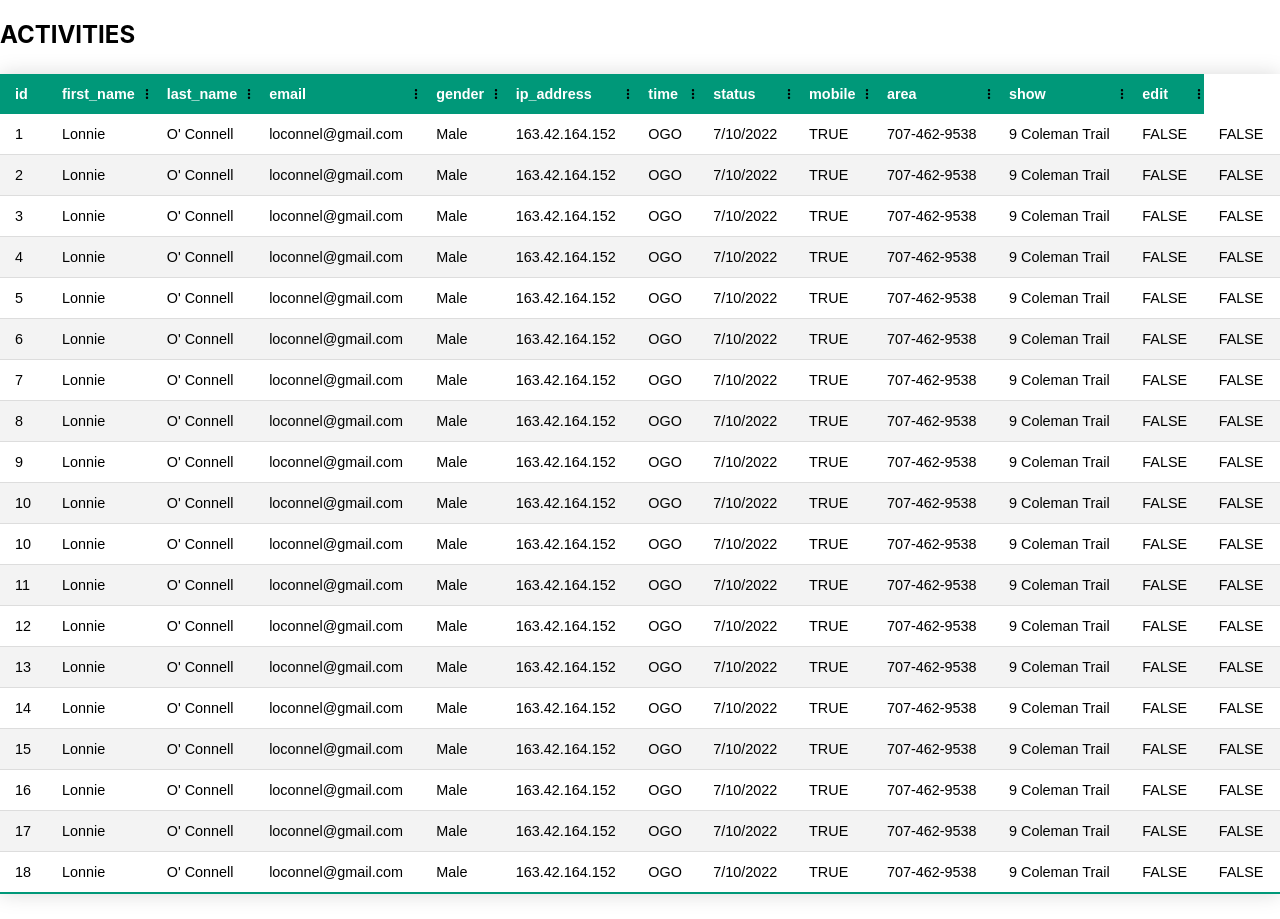
Repository: kartik077-cr7/Ckart
Page: /, after clicking the first element matching `img`
An editor plug-in stored every save of this project. The page is shown before and after a run of saves, followed by the edit.
The browser window is 1280 px wide. The pictures show the whole page.
The project was rebuilt for these pictures with package versions that can differ from the ones it lists, and the page was loaded fresh each time.

Above is the page before, as saved 2022-12-10 17:51:36.

### src/App.js
import Table from "./components/Table";
import './App.css';

const driversData = [
  {
    id: 1,
    first_name: "Lonnie",
		last_name: "O' Connell ",
		email: "loconnel@gmail.com",
		gender: "Male",
		ip_address: "163.42.164.152",
		airport_code:"OGO",
		time:"7/10/2022",
		status:"TRUE",
		mobile:"707-462-9538",
		area: "9 Coleman Trail",
		show: "FALSE",
		edit: "FALSE"
  },
  {
    id: 2,
    first_name: "Lonnie",
		last_name: "O' Connell ",
		email: "loconnel@gmail.com",
		gender: "Male",
		ip_address: "163.42.164.152",
		airport_code:"OGO",
		time:"7/10/2022",
		status:"TRUE",
		mobile:"707-462-9538",
		area: "9 Coleman Trail",
		show: "FALSE",
		edit: "FALSE"
  },
  {
    id: 3,
    first_name: "Lonnie",
		last_name: "O' Connell ",
		email: "loconnel@gmail.com",
		gender: "Male",
		ip_address: "163.42.164.152",
		airport_code:"OGO",
		time:"7/10/2022",
		status:"TRUE",
		mobile:"707-462-9538",
		area: "9 Coleman Trail",
		show: "FALSE",
		edit: "FALSE"
  },
  {
    id: 4,
    first_name: "Lonnie",
		last_name: "O' Connell ",
		email: "loconnel@gmail.com",
		gender: "Male",
		ip_address: "163.42.164.152",
		airport_code:"OGO",
		time:"7/10/2022",
		status:"TRUE",
		mobile:"707-462-9538",
		area: "9 Coleman Trail",
		show: "FALSE",
		edit: "FALSE"
  },
  {
    id: 5,
		first_name: "Lonnie",
		last_name: "O' Connell ",
		email: "loconnel@gmail.com",
		gender: "Male",
		ip_address: "163.42.164.152",
		airport_code:"OGO",
		time:"7/10/2022",
		status:"TRUE",
		mobile:"707-462-9538",
		area: "9 Coleman Trail",
		show: "FALSE",
		edit: "FALSE"
  },
  {
    id: 6,
		first_name: "Lonnie",
		last_name: "O' Connell ",
		email: "loconnel@gmail.com",
		gender: "Male",
		ip_address: "163.42.164.152",
		airport_code:"OGO",
		time:"7/10/2022",
		status:"TRUE",
		mobile:"707-462-9538",
		area: "9 Coleman Trail",
		show: "FALSE",
		edit: "FALSE"
  },
  {
    id: 7,
		first_name: "Lonnie",
		last_name: "O' Connell ",
		email: "loconnel@gmail.com",
		gender: "Male",
		ip_address: "163.42.164.152",
		airport_code:"OGO",
		time:"7/10/2022",
		status:"TRUE",
		mobile:"707-462-9538",
		area: "9 Coleman Trail",
		show: "FALSE",
		edit: "FALSE"
  },
  {
    id: 8,
		first_name: "Lonnie",
		last_name: "O' Connell ",
		email: "loconnel@gmail.com",
		gender: "Male",
		ip_address: "163.42.164.152",
		airport_code:"OGO",
		time:"7/10/2022",
		status:"TRUE",
		mobile:"707-462-9538",
		area: "9 Coleman Trail",
		show: "FALSE",
		edit: "FALSE"
  },
  {
    id: 9,
		first_name: "Lonnie",
		last_name: "O' Connell ",
		email: "loconnel@gmail.com",
		gender: "Male",
		ip_address: "163.42.164.152",
		airport_code:"OGO",
		time:"7/10/2022",
		status:"TRUE",
		mobile:"707-462-9538",
		area: "9 Coleman Trail",
		show: "FALSE",
		edit: "FALSE"
  },
  {
    id: 10,
    first_name: "Lonnie",
		last_name: "O' Connell ",
		email: "loconnel@gmail.com",
		gender: "Male",
		ip_address: "163.42.164.152",
		airport_code:"OGO",
		time:"7/10/2022",
		status:"TRUE",
		mobile:"707-462-9538",
		area: "9 Coleman Trail",
		show: "FALSE",
		edit: "FALSE"
  },
  {
    id: 10,
		first_name: "Lonnie",
		last_name: "O' Connell ",
		email: "loconnel@gmail.com",
		gender: "Male",
		ip_address: "163.42.164.152",
		airport_code:"OGO",
		time:"7/10/2022",
		status:"TRUE",
		mobile:"707-462-9538",
		area: "9 Coleman Trail",
		show: "FALSE",
		edit: "FALSE"

  },
  {
    id: 11,
    first_name: "Lonnie",
		last_name: "O' Connell ",
		email: "loconnel@gmail.com",
		gender: "Male",
		ip_address: "163.42.164.152",
		airport_code:"OGO",
		time:"7/10/2022",
		status:"TRUE",
		mobile:"707-462-9538",
		area: "9 Coleman Trail",
		show: "FALSE",
		edit: "FALSE"
  },
  {
    id: 12,
    first_name: "Lonnie",
		last_name: "O' Connell ",
		email: "loconnel@gmail.com",
		gender: "Male",
		ip_address: "163.42.164.152",
		airport_code:"OGO",
		time:"7/10/2022",
		status:"TRUE",
		mobile:"707-462-9538",
		area: "9 Coleman Trail",
		show: "FALSE",
		edit: "FALSE"
  },
  {
    id: 13,
		first_name: "Lonnie",
		last_name: "O' Connell ",
		email: "loconnel@gmail.com",
		gender: "Male",
		ip_address: "163.42.164.152",
		airport_code:"OGO",
		time:"7/10/2022",
		status:"TRUE",
		mobile:"707-462-9538",
		area: "9 Coleman Trail",
		show: "FALSE",
		edit: "FALSE"
  },
  {
    id: 14,
		first_name: "Lonnie",
		last_name: "O' Connell ",
		email: "loconnel@gmail.com",
		gender: "Male",
		ip_address: "163.42.164.152",
		airport_code:"OGO",
		time:"7/10/2022",
		status:"TRUE",
		mobile:"707-462-9538",
		area: "9 Coleman Trail",
		show: "FALSE",
		edit: "FALSE"
  },
  {
    id: 15,
		first_name: "Lonnie",
		last_name: "O' Connell ",
		email: "loconnel@gmail.com",
		gender: "Male",
		ip_address: "163.42.164.152",
		airport_code:"OGO",
		time:"7/10/2022",
		status:"TRUE",
		mobile:"707-462-9538",
		area: "9 Coleman Trail",
		show: "FALSE",
		edit: "FALSE"
  },
  {
    id: 16,
		first_name: "Lonnie",
		last_name: "O' Connell ",
		email: "loconnel@gmail.com",
		gender: "Male",
		ip_address: "163.42.164.152",
		airport_code:"OGO",
		time:"7/10/2022",
		status:"TRUE",
		mobile:"707-462-9538",
		area: "9 Coleman Trail",
		show: "FALSE",
		edit: "FALSE"
  },
  {
    id: 17,
		first_name: "Lonnie",
		last_name: "O' Connell ",
		email: "loconnel@gmail.com",
		gender: "Male",
		ip_address: "163.42.164.152",
		airport_code:"OGO",
		time:"7/10/2022",
		status:"TRUE",
		mobile:"707-462-9538",
		area: "9 Coleman Trail",
		show: "FALSE",
		edit: "FALSE"
  },
  {
    id: 18,
		first_name: "Lonnie",
		last_name: "O' Connell ",
		email: "loconnel@gmail.com",
		gender: "Male",
		ip_address: "163.42.164.152",
		airport_code:"OGO",
		time:"7/10/2022",
		status:"TRUE",
		mobile:"707-462-9538",
		area: "9 Coleman Trail",
		show: "FALSE",
		edit: "FALSE"
  },
];


function App() {
  return (
    <div className="App">
			<Table
			   data = {driversData}
			   headingColumns={["id","first_name","last_name","email","gender","ip_address","time","status","mobile","area","show","edit"]}
				 title = "Activities"
			/>
    </div>
  );
}

export default App;

### src/components/Table.js
import React from "react";
import Column from "./Column";

const Table = ({ data,headingColumns,title,handleFilter,sortedCol }) => {

	const rowDatas = data.map((row,index) => {

		let rowData = [];
		let i = 0;

		for(const key in row){
			rowData.push({
				key: headingColumns[i],
				val: row[key]
			});
			i++;
		}

		const checkStatus = (data) => {
			if(data.key == 'status')
			{
				if(data.val == 'FALSE')
				  return 'red';
				else
				  return 'green';
			}
			else
			  return '';
		}

		return <tr key={index}>
		{rowData.map((data, index) => <td key={index} className={checkStatus(data)}  data-heading={data.key}>{data.val}</td>)}
	  </tr>
	})

	return (
		<div className="table-container">
			<div className="table-title">
				<h2>{title.toUpperCase()}</h2>
			</div>
			<table className="table-class">
				<thead>
					<tr>
						{headingColumns.map((col,index) => (
							<Column sortedCol={sortedCol} handleFilter={handleFilter} key={index} column_name={col} index={index}/>
						))}
					</tr>
				</thead>
				<tbody>
					{rowDatas}
				</tbody>
			</table>
		</div>
	)
}

export default Table;

### src/App.css
.table-container{
	width: 100%;
}
.table-class{
	width: 100%;
	border-collapse: collapse;
	margin: 25px 0;
	font-size: 0.9em;
	font-family: sans-serif;
	min-width: 400px;
	box-shadow: 0 0 20px rgba(0, 0, 0, 0.15);
}

.table-class thead tr {
	background-color: #009879;
	color: #ffffff;
	text-align: left;
}

.table-class th,
.table-class td {
    padding: 12px 15px;
}

.table-class tbody tr {
	border-bottom: 1px solid #dddddd;
}

.table-class tbody tr:nth-of-type(even) {
	background-color: #f3f3f3;
}

.table-class tbody tr:last-of-type {
	border-bottom: 2px solid #009879;
}

.table-class tbody tr.active-row {
	font-weight: bold;
	color: #009879;
}


.modal {
	position: fixed;
	left: 0;
	top: 0;
	right: 0;
	bottom: 0;
	background-color: rgba(0,0,0,0.5);
	display: flex;
	align-items: center;
	justify-content: center;
}

.modal-body{
	padding: 0px;
}

### src/components/Column.js
import React from 'react';
import { useState } from 'react';
import Dots from "../svg/vertical_dot.svg";

const Column = ({column_name,index}) => {

	const [open, setOpen] = useState(false);

	const handleOpen = () => {
		console.log("opening modal ");
		setOpen(true);
	};

	const handleClose = () => {
    setOpen(false);
	};

	return (
		<th key = {index} style={{position:"relative"}}>
			{column_name}
			{ index != 0 && <img
			  onClick = {handleOpen}
				src = {Dots}
				style={{
					width: "10px",
					height: "10px",
					top: "15px",
					right: "0px",
					position: "absolute",
					cursor: "pointer",
				}}
			 />
			}
		</th>
	)
};

export default Column;

### src/components/Modal.js
import React from "react";

const Modal = () => {

	return(
		<div className="modal">
		    <ul>
					<li>ASC</li>
					<li>DESC</li>
				</ul>
		</div>
	)
};

Loaded but not shown: public/index.html (common file); src/index.js (common file); src/index.css (common file); src/reportWebVitals.js (common file)

After the next 2 saves:
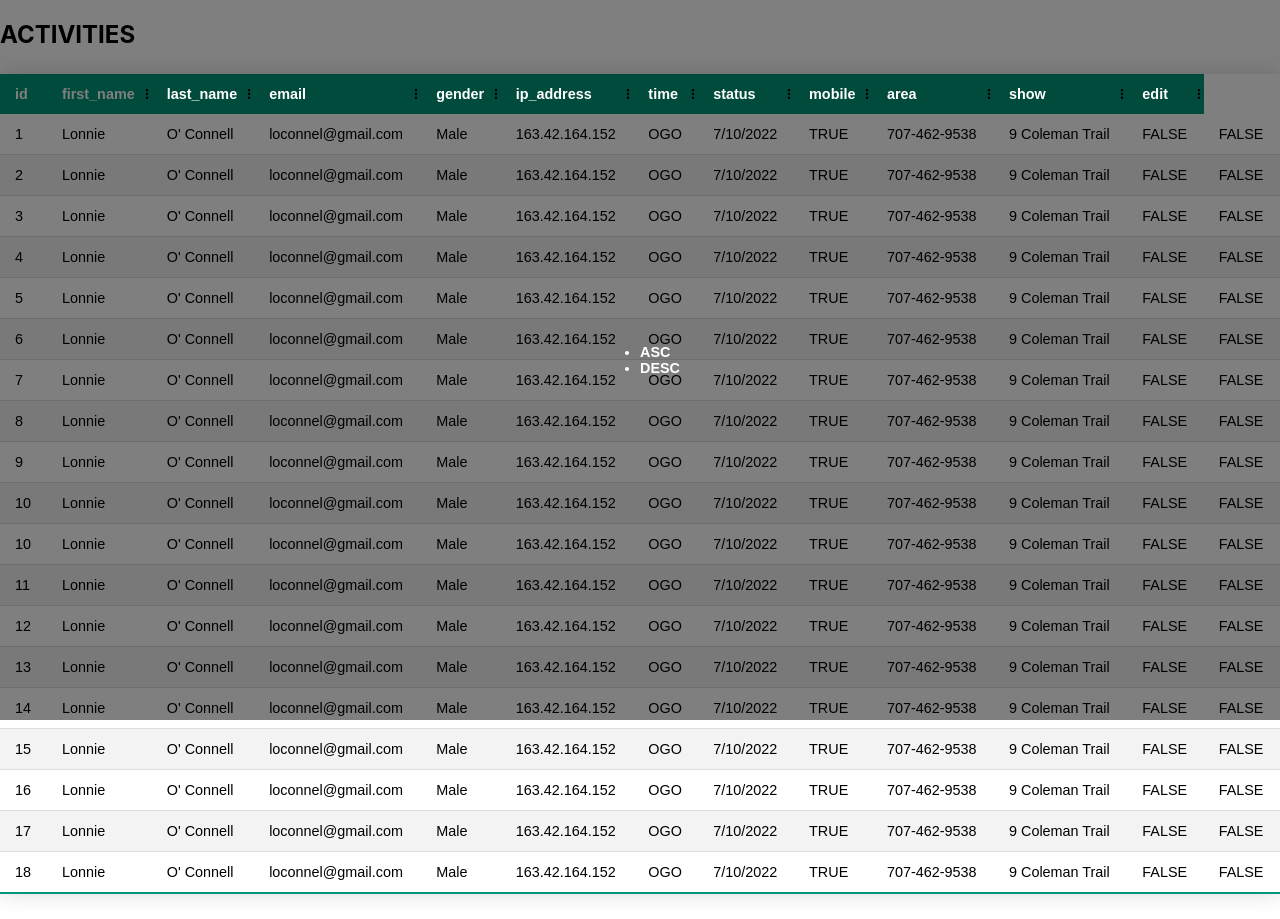
The 2 saves are shown as one change because 1 did not build or start.
The last was saved 60 s later.
--- a/src/components/Column.js
+++ b/src/components/Column.js
@@ -1,6 +1,7 @@
 import React from 'react';
 import { useState } from 'react';
 import Dots from "../svg/vertical_dot.svg";
+import Modal from './Modal';
 
 const Column = ({column_name,index}) => {
 
@@ -18,6 +19,7 @@ const Column = ({column_name,index}) => {
 	return (
 		<th key = {index} style={{position:"relative"}}>
 			{column_name}
+			{open && <Modal/>}
 			{ index != 0 && <img
 			  onClick = {handleOpen}
 				src = {Dots}
--- a/src/components/Modal.js
+++ b/src/components/Modal.js
@@ -11,3 +11,5 @@ const Modal = () => {
 		</div>
 	)
 };
+
+export default Modal;
